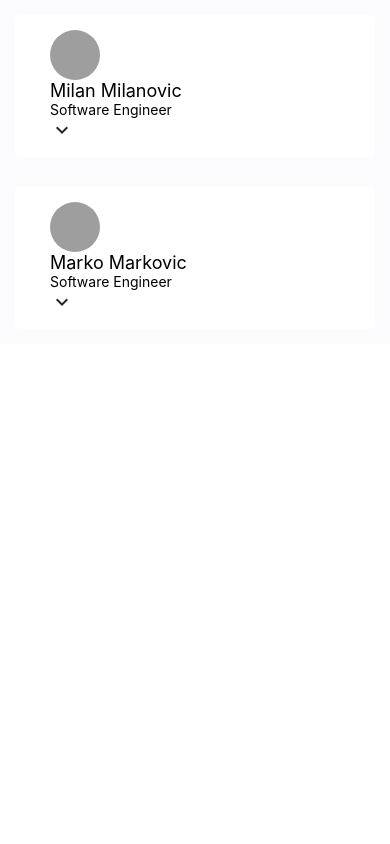
Repository: likanbl/intern-feature
Screen: /
The author's editor kept a copy of each file at every save. The screen is drawn from the files as they stood at one save, then again after the next save.
Pictures or frames that could not be fetched are drawn as grey boxes. The app was drawn by React Native's web renderer in a window 390 px wide. The project was rebuilt for these pictures with package versions that can differ from the ones it lists, and the page was loaded fresh each time.

Above is the screen before, as saved 2019-09-16 14:34:31.

### App.js
import React, {Component} from 'react';

import InternScreen from './src/components/intern-feature/InternScreen';

export default class App extends Component {
  render() {
    return <InternScreen></InternScreen>;
  }
}

### src/components/intern-feature/InternScreen.js
import React, {Component} from 'react';
import {View, FlatList, Text, StyleSheet} from 'react-native';
import Data from './InternData';
import {InternItems} from './InternItems';

export default class InterScreen extends Component {
  renderItem = ({item}) => <InternItems item={item} />;

  render() {
    return (
      <View>
        <FlatList
          data={Data}
          renderItem={this.renderItem}
          keyExtractor={Data.id}
        />
      </View>
    );
  }
}

### src/components/intern-feature/InternData.js
export default [
  {
    Name: 'Milan Milanovic',
    role: 'Software Engineer',
    additionalInfo:
      'Lorem ipsum dolor sit amet, consectetur adipiscing elit, sed do eiusmod tempor incididunt ut labore et dolore magna aliqua.',
  },

  {
    Name: 'Marko Markovic',
    role: 'Software Engineer',
    additionalInfo:
      'Lorem ipsum dolor sit amet, consectetur adipiscing elit, sed do eiusmod tempor incididunt ut labore et dolore magna aliqua.',
  },
];

### src/components/intern-feature/InternItems.js
import React, {Component, useState} from 'react';
import {View, Text, Image, TouchableWithoutFeedback} from 'react-native';
import PropTypes from 'prop-types';
import {images} from '../../assets/images';
import {Avatar, Icon} from 'react-native-elements';
import styles from './styles';

const propTypes = {
  item: PropTypes.object,
};

export function InternItems(props) {
  const [isOpen, setIsOpen] = useState(false);

  return (
    <View style={styles.card}>
      <View style={styles.cardContainer}>
        <TouchableWithoutFeedback
          onPress={() => {
            setIsOpen(!isOpen);
          }}>
          <View style={styles.titleView}>
            <View style={styles.avatarView}>
              <Avatar
                size="medium"
                rounded
                source={{
                  uri:
                    'https://s3.amazonaws.com/uifaces/faces/twitter/ladylexy/128.jpg',
                }}
              />
            </View>
            <View style={styles.ttileView}>
              <Text style={styles.title}>{props.item.Name}</Text>
              <Text style={styles.role}>{props.item.role}</Text>
              <Text style={styles.role}>{props.item.skills}</Text>
            </View>
            <Icon name={isOpen ? 'keyboard-arrow-up' : 'keyboard-arrow-down'} />
          </View>
        </TouchableWithoutFeedback>
        {isOpen && (
          <View style={styles.titleContainer}>
            <Text style={styles.description}>{props.item.additionalInfo}</Text>
          </View>
        )}
      </View>
    </View>
  );
}

InternItems.propTypes = propTypes;

### src/assets/images.js
export const images = {
  expand: require('../../resources/expand.png'),
  close: require('../../resources/close.png'),
};

### src/components/intern-feature/styles.js
import {StyleSheet} from 'react-native';

export default StyleSheet.create({
  card: {
    flex: 1,
    padding: 15,
    backgroundColor: '#FCFCFF',
  },
  cardContainer: {
    flexDirection: 'row',
    justifyContent: 'space-around',
    alignItems: 'center',
  },
  cardContainer: {
    flex: 1,
    flexDirection: 'column',
    elevation: 1,
    borderRadius: 5,
    backfaceVisibility: 'hidden',
    backgroundColor: 'white',

    padding: 15,
  },
  avatarView: {
    flex: 1,
    alignItems: 'flex-start',
    justifyContent: 'center',
  },
  titleView: {
    flex: 2,
    alignItems: 'flex-start',
    justifyContent: 'center',
    marginLeft: 20,
  },

  title: {
    flex: 1,
    fontSize: 18,
  },
  role: {
    flex: 1,
    fontSize: 14,
  },
  description: {
    flex: 1,
    fontSize: 22,
    color: 'gray',
    paddingTop: 10,
  },
  image: {
    width: 20,
    height: 20,
  },
});

After the next save:
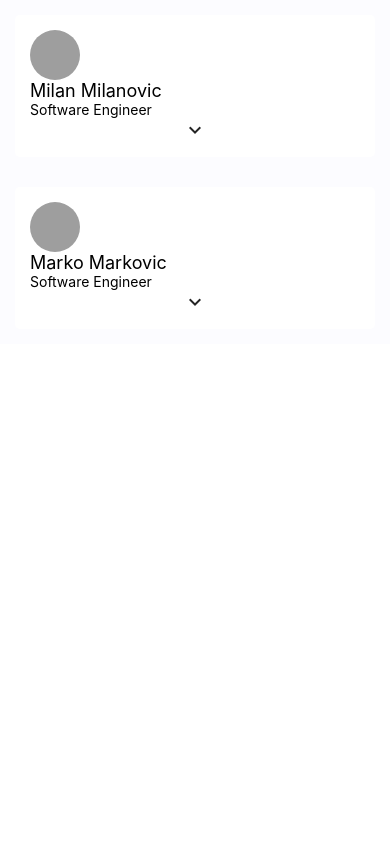
Saved 34 s later.
--- a/src/components/intern-feature/InternItems.js
+++ b/src/components/intern-feature/InternItems.js
@@ -19,8 +19,8 @@ export function InternItems(props) {
           onPress={() => {
             setIsOpen(!isOpen);
           }}>
-          <View style={styles.titleView}>
-            <View style={styles.avatarView}>
+          <View style={styles.titleContainer}>
+            <View>
               <Avatar
                 size="medium"
                 rounded
@@ -30,7 +30,7 @@ export function InternItems(props) {
                 }}
               />
             </View>
-            <View style={styles.ttileView}>
+            <View style={styles.nameRole}>
               <Text style={styles.title}>{props.item.Name}</Text>
               <Text style={styles.role}>{props.item.role}</Text>
               <Text style={styles.role}>{props.item.skills}</Text>
